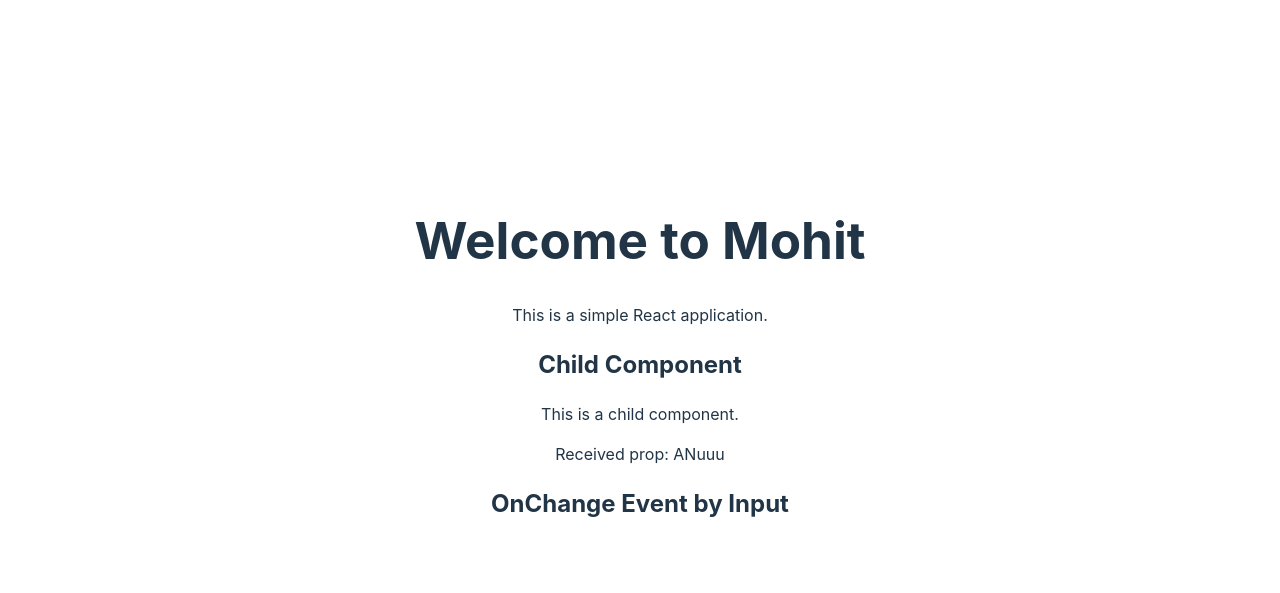
Repository: Mohitkumar1322/ReactTut
Page: / (app in MohitDecode/)
The author's editor kept a copy of each file at every save. The page is drawn from the files as they stood at one save, then again after a run of saves.
The browser window is 1280 px wide. The pictures show the whole page.
The project was rebuilt for these pictures with package versions that can differ from the ones it lists, and the page was loaded fresh each time. Also part of the build but not shown: MohitDecode/vite.config.js.

Above is the page before, as saved 2025-08-01 13:25:38.

After the next 2 saves:
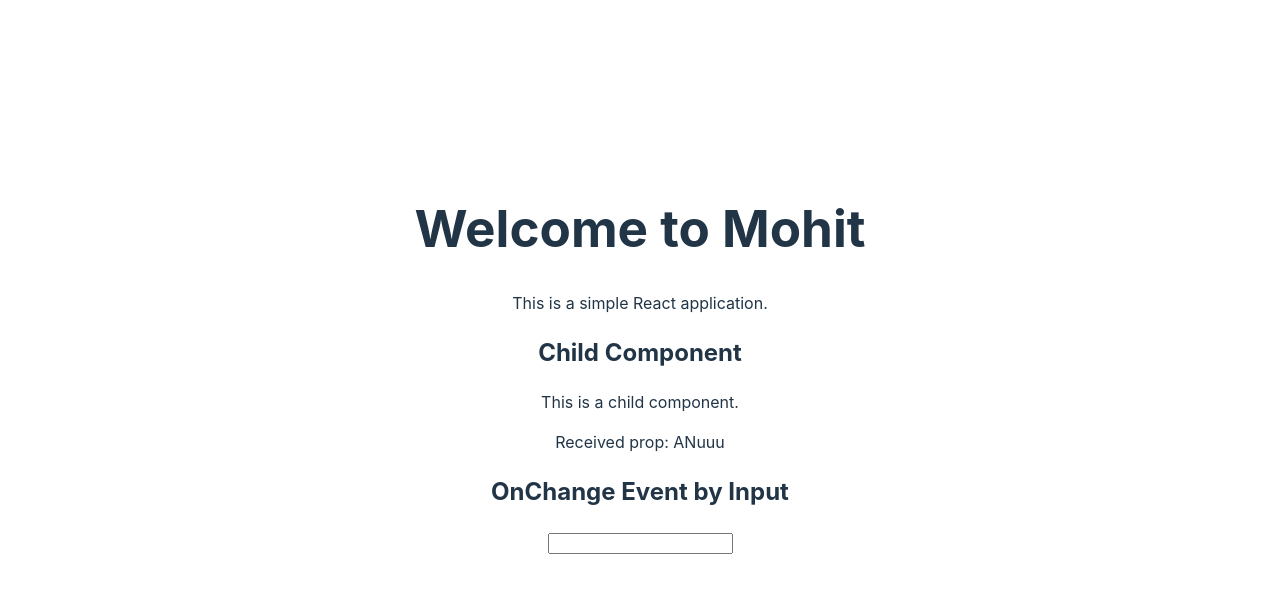
The 2 saves are shown as one change because they came seconds apart.
The last was saved 6 s later.
--- a/MohitDecode/src/OnchangeEventByInput.jsx
+++ b/MohitDecode/src/OnchangeEventByInput.jsx
@@ -2,7 +2,7 @@ function OnchangeEventByInput() {
     return(
         <div>
             <h2>OnChange Event by Input </h2>
-
+            <input type="text" onChange={(e) => console.log(e.target.value)} />
         </div>
     )
 }
